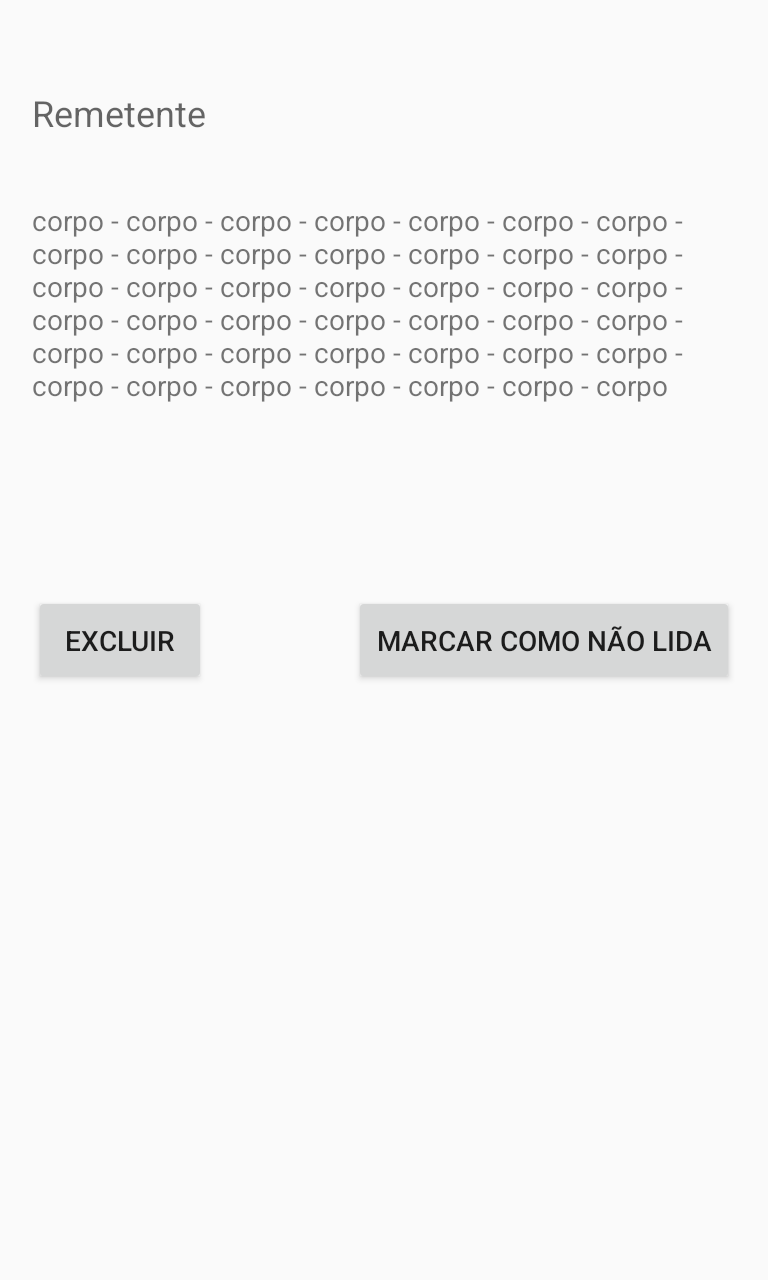
Repository: italogmm/gitMobile
Layout: notificacoesUfg/res/layout/activity_consulta_notificacao.xml
The author's editor kept a copy of each file at every save. The layout is drawn from the files as they stood at one save, then again after the next save.
It is drawn on a 768 x 1280 px phone screen (xhdpi) without system bars, with theme AppTheme; the app's code is not run.

Above is the layout before, as saved 2014-06-18 20:00:21.

### notificacoesUfg/res/layout/activity_consulta_notificacao.xml
<RelativeLayout xmlns:android="http://schemas.android.com/apk/res/android"
    xmlns:tools="http://schemas.android.com/tools"
    android:layout_width="match_parent"
    android:layout_height="match_parent"
    android:paddingBottom="@dimen/activity_vertical_margin"
    android:paddingLeft="@dimen/activity_horizontal_margin"
    android:paddingRight="@dimen/activity_horizontal_margin"
    android:paddingTop="@dimen/activity_vertical_margin"
    tools:context="com.ufg.notificacoes.ConsultaNotificacao$PlaceholderFragment" >

    <TextView
        android:id="@+id/remetente"
        android:layout_width="wrap_content"
        android:layout_height="wrap_content"
        android:layout_alignLeft="@+id/corpo"
        android:layout_alignParentTop="true"
        android:layout_marginTop="28dp"
        android:text="Remetente"
        android:textAppearance="?android:attr/textAppearanceMedium" />

    <TextView
        android:id="@+id/corpo"
        android:layout_width="wrap_content"
        android:layout_height="wrap_content"
        android:layout_below="@+id/remetente"
        android:layout_centerHorizontal="true"
        android:layout_marginTop="32dp"
        android:text="corpo - corpo - corpo - corpo - corpo - corpo - corpo - corpo - corpo - corpo - corpo - corpo - corpo - corpo - corpo - corpo - corpo - corpo - corpo - corpo - corpo - corpo - corpo - corpo - corpo - corpo - corpo - corpo - corpo - corpo - corpo - corpo - corpo - corpo - corpo - corpo - corpo - corpo - corpo - corpo - corpo - corpo" />

    <Button
        android:id="@+id/marcarComoNaoLidaBtn"
        android:layout_width="wrap_content"
        android:layout_height="wrap_content"
        android:layout_alignBaseline="@+id/excluir"
        android:layout_alignBottom="@+id/excluir"
        android:layout_alignRight="@+id/corpo"
        android:text="Marcar como não lida" />

    <Button
        android:id="@+id/excluir"
        android:layout_width="wrap_content"
        android:layout_height="wrap_content"
        android:layout_alignParentLeft="true"
        android:layout_below="@+id/corpo"
        android:layout_marginTop="94dp"
        android:text="Excluir" />

</RelativeLayout>

Loaded but not shown: notificacoesUfg/res/values/styles.xml (common file); notificacoesUfg/res/values-v11/styles.xml (common file); notificacoesUfg/res/values-v14/styles.xml (common file); notificacoesUfg/res/values/dimens.xml (common file); notificacoesUfg/res/values-w820dp/dimens.xml (common file)

After the next save:
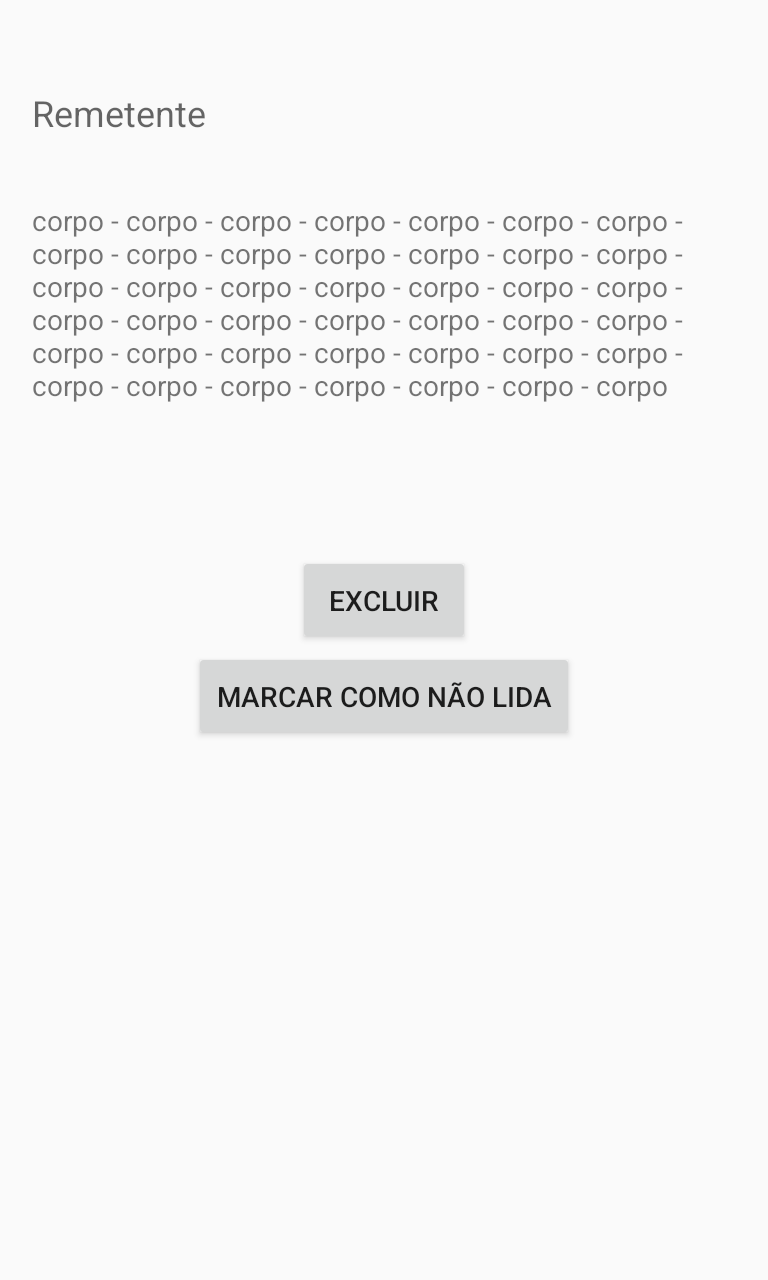
Saved 6 min 37 s later.
--- a/notificacoesUfg/res/layout/activity_consulta_notificacao.xml
+++ b/notificacoesUfg/res/layout/activity_consulta_notificacao.xml
@@ -28,21 +28,20 @@
         android:text="corpo - corpo - corpo - corpo - corpo - corpo - corpo - corpo - corpo - corpo - corpo - corpo - corpo - corpo - corpo - corpo - corpo - corpo - corpo - corpo - corpo - corpo - corpo - corpo - corpo - corpo - corpo - corpo - corpo - corpo - corpo - corpo - corpo - corpo - corpo - corpo - corpo - corpo - corpo - corpo - corpo - corpo" />
 
     <Button
+        android:id="@+id/excluir"
+        android:layout_width="wrap_content"
+        android:layout_height="wrap_content"
+        android:layout_below="@+id/corpo"
+        android:layout_centerHorizontal="true"
+        android:layout_marginTop="74dp"
+        android:text="Excluir" />
+
+    <Button
         android:id="@+id/marcarComoNaoLidaBtn"
         android:layout_width="wrap_content"
         android:layout_height="wrap_content"
-        android:layout_alignBaseline="@+id/excluir"
-        android:layout_alignBottom="@+id/excluir"
-        android:layout_alignRight="@+id/corpo"
+        android:layout_below="@+id/excluir"
+        android:layout_centerHorizontal="true"
         android:text="Marcar como não lida" />
 
-    <Button
-        android:id="@+id/excluir"
-        android:layout_width="wrap_content"
-        android:layout_height="wrap_content"
-        android:layout_alignParentLeft="true"
-        android:layout_below="@+id/corpo"
-        android:layout_marginTop="94dp"
-        android:text="Excluir" />
-
 </RelativeLayout>
